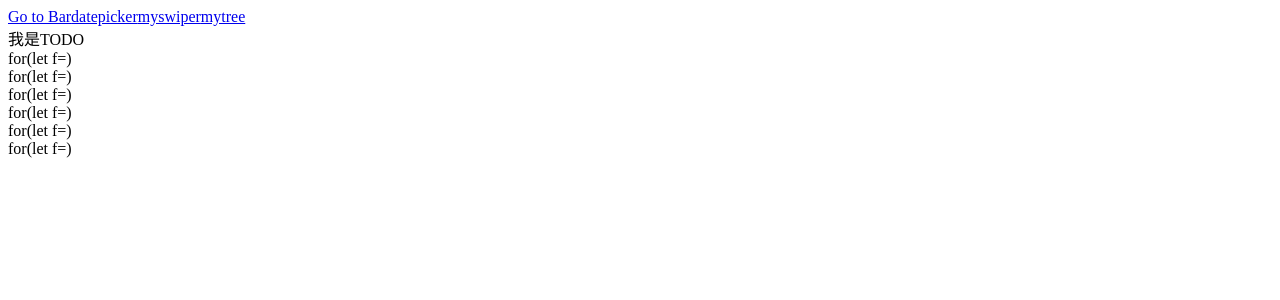
Repository: gu12/vue-hello
Page: /#/todo
These files come from the project's save history. The page is drawn as it stood at one moment and after the next save; the edit follows.
The browser window is 1280 px wide. The pictures show the whole page.
The project was rebuilt for these pictures with package versions that can differ from the ones it lists, and the page was loaded fresh each time. Also part of the build but not shown: src/views/Home.vue.

Above is the page before, as saved 2020-04-30 16:58:08.

### src/App.vue
<template>
  <div>
    <router-link to="/todo">Go to Bar</router-link>
    <router-link to="/datepicker">datepicker</router-link>
    <router-link to="/myswiper">myswiper</router-link>
    <router-link to="/mytree">mytree</router-link>

      <router-view></router-view>

  </div>
</template>
<script>

  export default {
    components:{
    },
    data () {
      return {

      }
    },

  }
</script>

### src/views/Todo/index.vue
<template>
    <div>
我是TODO

        <div v-for="i in 6" :key="i">
            for(let f=)
            <span v-for="j in i" :key="j"></span>


        </div>
    </div>
</template>


<script>
    export default {}
</script>

Loaded but not shown: public/index.html (common file); src/main.js (common file); src/router/index.js (common file); src/store/index.js (common file)

After the next save:
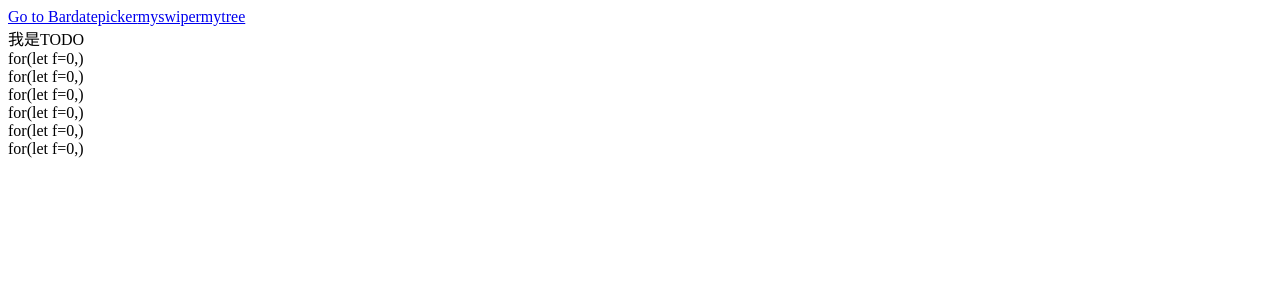
Saved 5 s later.
--- a/src/views/Todo/index.vue
+++ b/src/views/Todo/index.vue
@@ -3,7 +3,7 @@
 我是TODO
 
         <div v-for="i in 6" :key="i">
-            for(let f=)
+            for(let f=0,)
             <span v-for="j in i" :key="j"></span>
 
 
